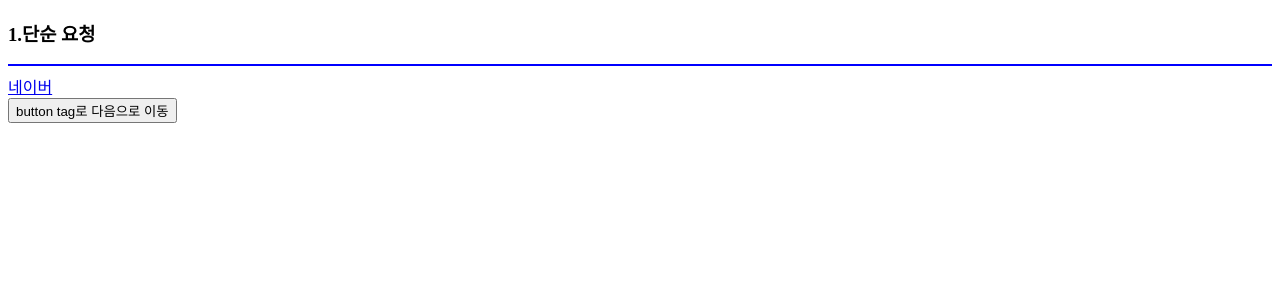
Repository: hwanginbeom/WEB
Page: step01_basic/WebContent/step01/step01_form.html
The author's editor kept a copy of each file at every save. The page is drawn from the files as they stood at one save, then again after the next save.
The browser window is 1280 px wide. The pictures show the whole page.

Above is the page before, as saved 2018-07-17 07:30:54.

### step01_basic/WebContent/step01/step01_form.html
<!DOCTYPE html>
<html>
		<head>
			<meta charset="EUC-KR">
			<title>step01_form.html</title>
		</head>
	<body>
		<h3>1.단순 요청</h3>
		<hr color="blue">
		<!-- 버튼 , 링크 -->
		<a href="https://www.naver.com/">네이버</a>

		<br>
		<button onclick="location.href='http://www.daum.net'">button tag로 다음으로 이동</button>

		<br>
		<!-- servlet으로 요청하는 form tag에 대한 연습  -->
		<form>

		</form>

	</body>
</html>

After the next save:
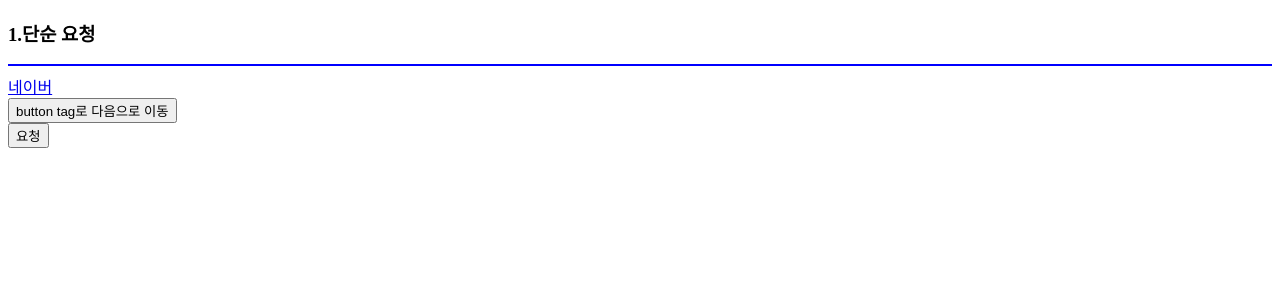
Saved 35 s later.
--- a/step01_basic/WebContent/step01/step01_form.html
+++ b/step01_basic/WebContent/step01/step01_form.html
@@ -16,7 +16,7 @@
 		<br>
 		<!-- servlet으로 요청하는 form tag에 대한 연습  -->
 		<form>
-
+			<input type="submit" value="요청">
 		</form>
 
 	</body>
